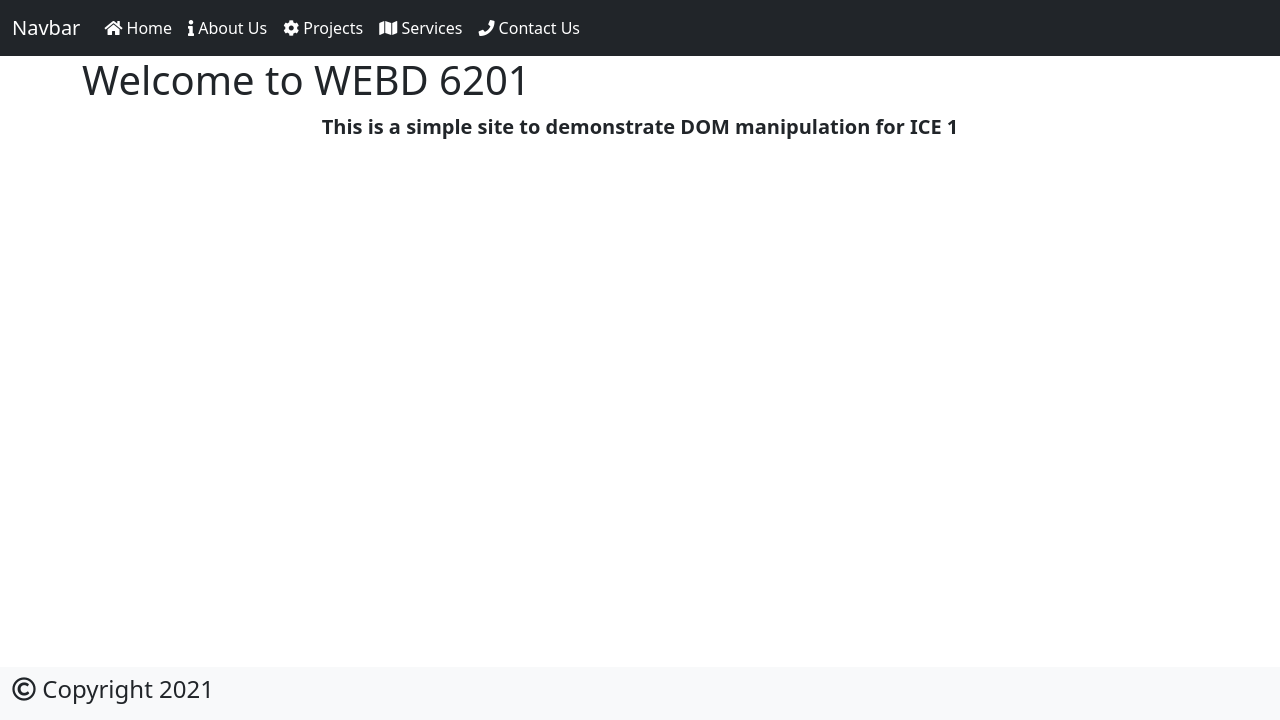
Repository: spencernewellevans/WEBD6201-ICE01
Page: index.html
An editor plug-in stored every save of this project. The page is shown before and after the next save, followed by the edit.
The browser window is 1280 px wide. The pictures show the whole page.

Above is the page before, as saved 2021-01-22 15:39:35.

### index.html
<!DOCTYPE html>
<html lang="en">
<head>
    <meta charset="UTF-8">
    <meta name="viewport" content="width=device-width, initial-scale=1.0">
    <title>WEBD6201 - ICE01</title>
    <!-- CSS Section-->
    <link rel="stylesheet" href="./node_modules/bootstrap/dist/css/bootstrap.min.css">
    <link rel="stylesheet" href="./node_modules/@fortawesome/fontawesome-free/css/all.min.css">
    <link rel="stylesheet" href="./Content/app.css">
</head>
<body>
    <header>
        <nav class="navbar navbar-expand-lg navbar-dark bg-dark">
            <div class="container-fluid">
              <a class="navbar-brand" href="#">Navbar</a>
              <button class="navbar-toggler" type="button" data-bs-toggle="collapse" data-bs-target="#navbarSupportedContent" aria-controls="navbarSupportedContent" aria-expanded="false" aria-label="Toggle navigation">
                <span class="navbar-toggler-icon"></span>
              </button>
              <div class="collapse navbar-collapse" id="navbarSupportedContent">
                <ul class="navbar-nav me-auto mb-2 mb-lg-0">
                  <li class="nav-item">
                    <a class="nav-link active" aria-current="page" href="#"><i class="fas fa-home fa-large"></i> Home</a>
                  </li>

                  <li class="nav-item">
                    <a class="nav-link active" aria-current="page" href="#"><i class="fas fa-info fa-large"></i> About Us</a>
                  </li>

                  <li class="nav-item">
                    <a class="nav-link active" aria-current="page" href="#"><i class="fas fa-cog fa-large"></i> Projects</a>
                  </li>

                  <li class="nav-item">
                    <a class="nav-link active" aria-current="page" href="#"><i class="fas fa-map fa-large"></i> Services</a>
                  </li>

                  <li class="nav-item">
                    <a class="nav-link active" aria-current="page" href="#"><i class="fas fa-phone fa-large"></i> Contact Us</a>
                  </li>
                </ul>
              </div>
            </div>
          </nav>
    </header>

    <main class="container">
        <h1>Welcome to WEBD 6201</h1>
        <p id="paragraphOne"></p>
    </main>

    <footer>
        <nav class="navbar fixed-bottom navbar-light bg-light">
            <div class="container-fluid">
              <h4><i class="far fa-copyright fa-large"></i> Copyright 2021</h4>
            </div>
          </nav>
    </footer>

    <!-- Script Section -->
    <script src="./node_modules/jquery/dist/jquery.min.js"></script>
    <script src="./node_modules/bootstrap/dist/js/bootstrap.bundle.min.js"></script>
    <script src="./Scripts/app.js"></script>
</body>
</html>

### content/app.css
/* Custom CSS goes here */

### scripts/app.js
/* Custom JavaScript goes here */

// IIFE - Immediately Invoked Function Expression
// Anonymous self-executing expression
// limits scope leak

"use strict";

(function()
{

    function Start()
    {
        console.log("App Started...");

        let paragraphOneText = "This is a simple site to demonstrate DOM manipulation for ICE 1";

        let paragraphOneElement = document.getElementById("paragraphOne");

        paragraphOneElement.textContent = paragraphOneText;
        paragraphOneElement.className = "fs-5 fw-bold text-center"
    }

    window.addEventListener("load", Start);

})();

Loaded but not shown: node_modules/bootstrap/dist/css/bootstrap.min.css (library); node_modules/@fortawesome/fontawesome-free/css/all.min.css (library); node_modules/jquery/dist/jquery.min.js (library); node_modules/bootstrap/dist/js/bootstrap.bundle.min.js (library)

After the next save:
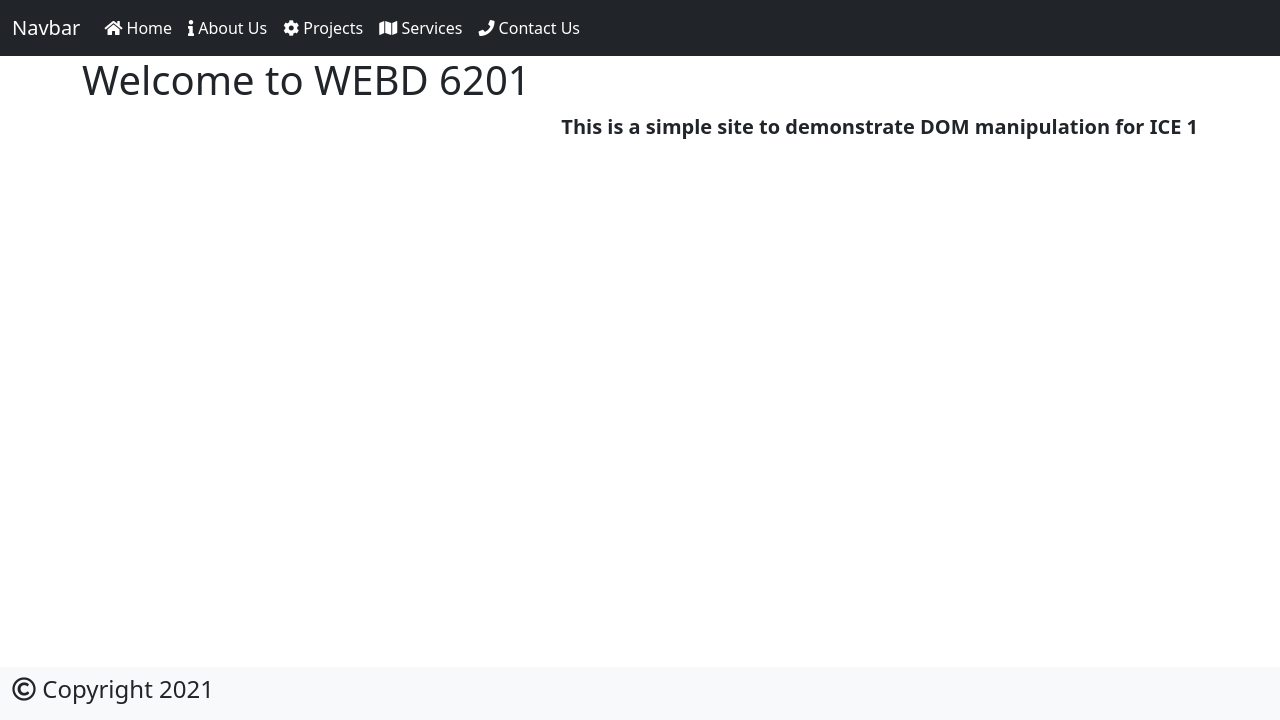
Saved 14 s later.
--- a/scripts/app.js
+++ b/scripts/app.js
@@ -18,7 +18,7 @@
         let paragraphOneElement = document.getElementById("paragraphOne");
 
         paragraphOneElement.textContent = paragraphOneText;
-        paragraphOneElement.className = "fs-5 fw-bold text-center"
+        paragraphOneElement.className = "fs-5 fw-bold text-end"
     }
 
     window.addEventListener("load", Start);
